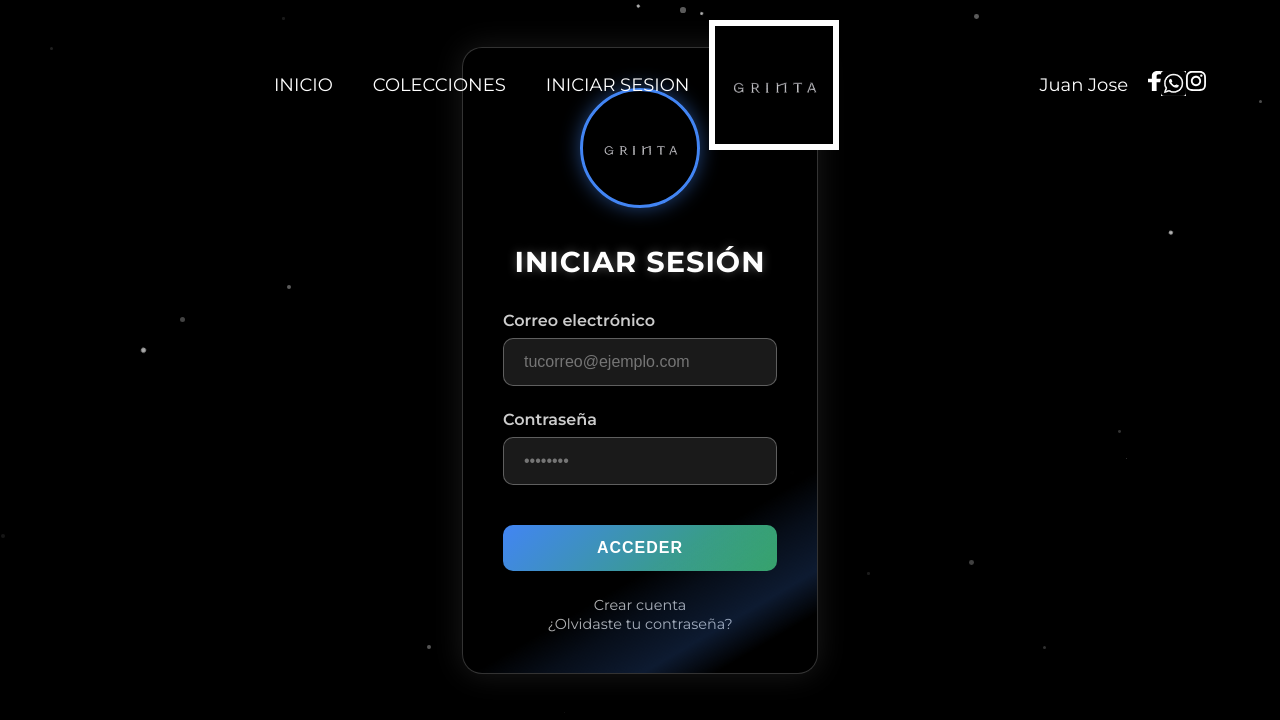
Repository: Juanho432381/GRINTA
Page: login.html
These files come from the project's save history. The page is drawn as it stood at one moment and after the next save; the edit follows.
The browser window is 1280 px wide. The pictures show the whole page.

Above is the page before, as saved 2025-07-24 15:05:11.

After the next save:
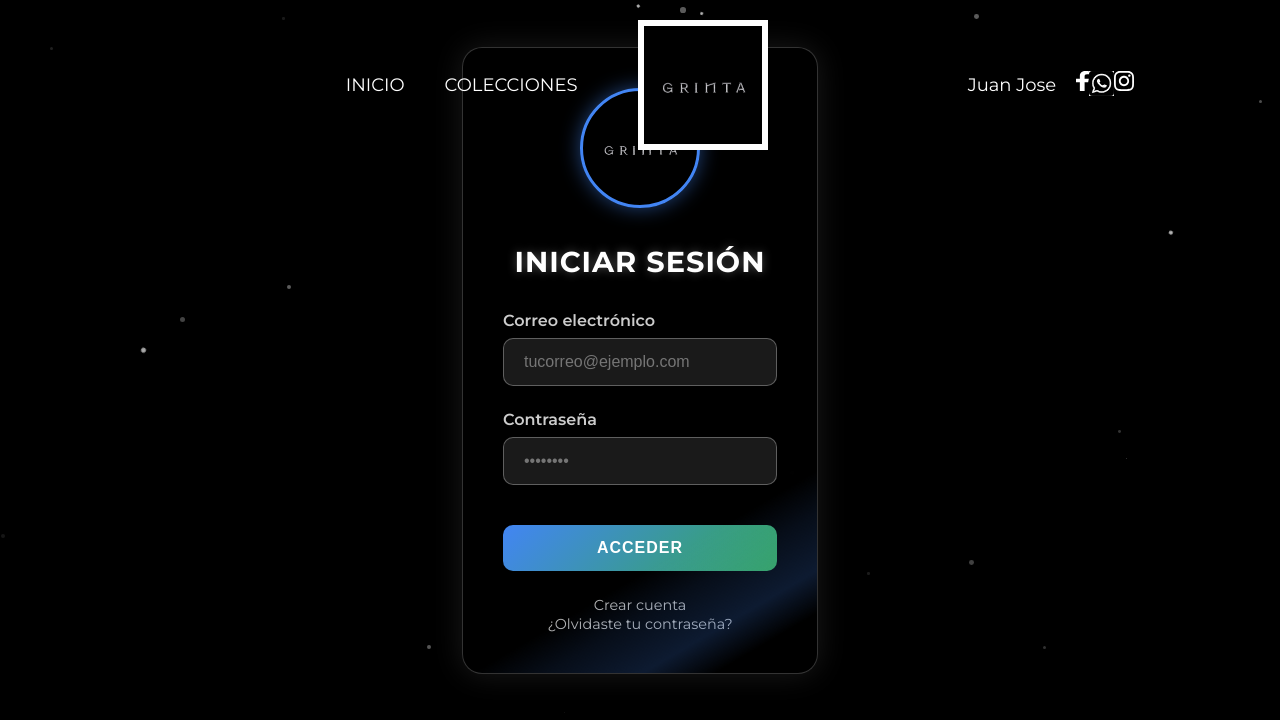
Saved 6 s later.
--- a/login.html
+++ b/login.html
@@ -23,7 +23,7 @@
                 <ul>
                     <li><a href="index.html">INICIO</a></li>
                     <li><a href="#">COLECCIONES</a></li>
-                    <li><a href="#">INICIAR SESION</a></li>
+                    <li><a href="#"></a></li>
                 </ul>
             </div>
 
